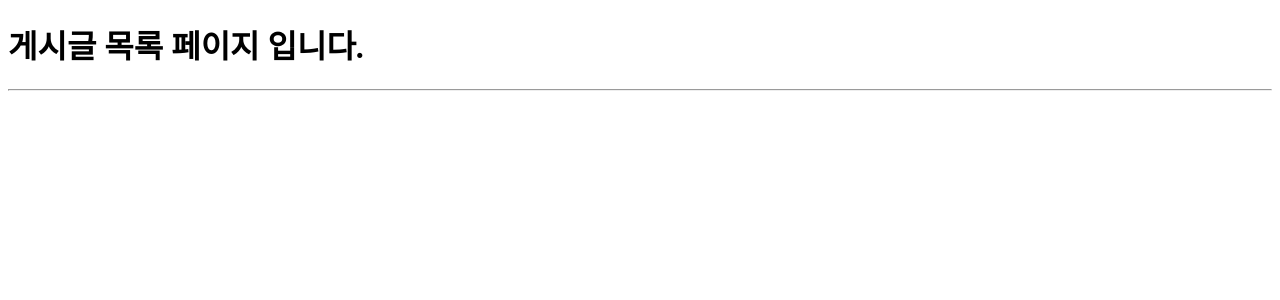
Repository: gouthiki90/web
Page: first1/src/main/webapp/post/list.html
These files come from the project's save history. The page is drawn as it stood at one moment and after the next save; the edit follows.
The browser window is 1280 px wide. The pictures show the whole page.

Above is the page before, as saved 2022-02-22 03:47:14.

### first1/src/main/webapp/post/list.html
<!DOCTYPE html>
<html>
<head>
<meta charset="UTF-8">
<title>Insert title here</title>
</head>
<body>
<h1>게시글 목록 페이지 입니다.</h1>
<hr />
</body>
</html>

After the next save:
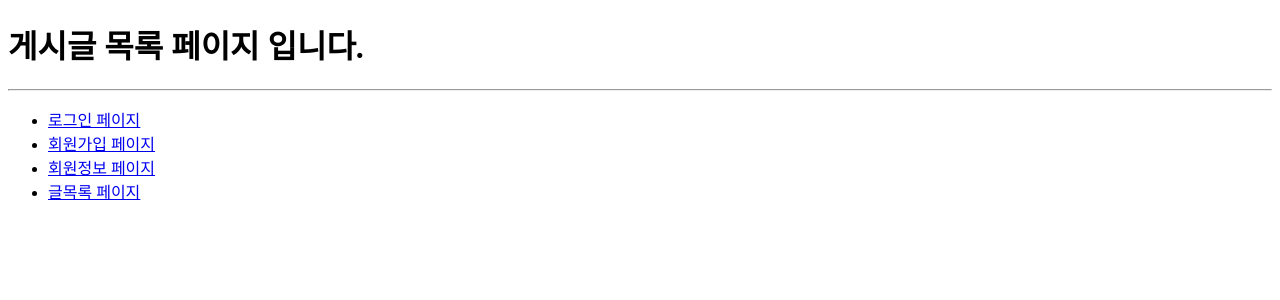
Saved 95 min 22 s later.
--- a/first1/src/main/webapp/post/list.html
+++ b/first1/src/main/webapp/post/list.html
@@ -7,5 +7,11 @@
 <body>
 <h1>게시글 목록 페이지 입니다.</h1>
 <hr />
+	<ul>
+		<li><a href="http://localhost:8080/user/login.html">로그인 페이지</a></li>
+		<li><a href="user/join.html">회원가입 페이지</a></li>
+		<li><a href="user/userInfo.html">회원정보 페이지</a></li>
+		<li><a href="post/list.html">글목록 페이지</a></li>
+	</ul>
 </body>
 </html>
